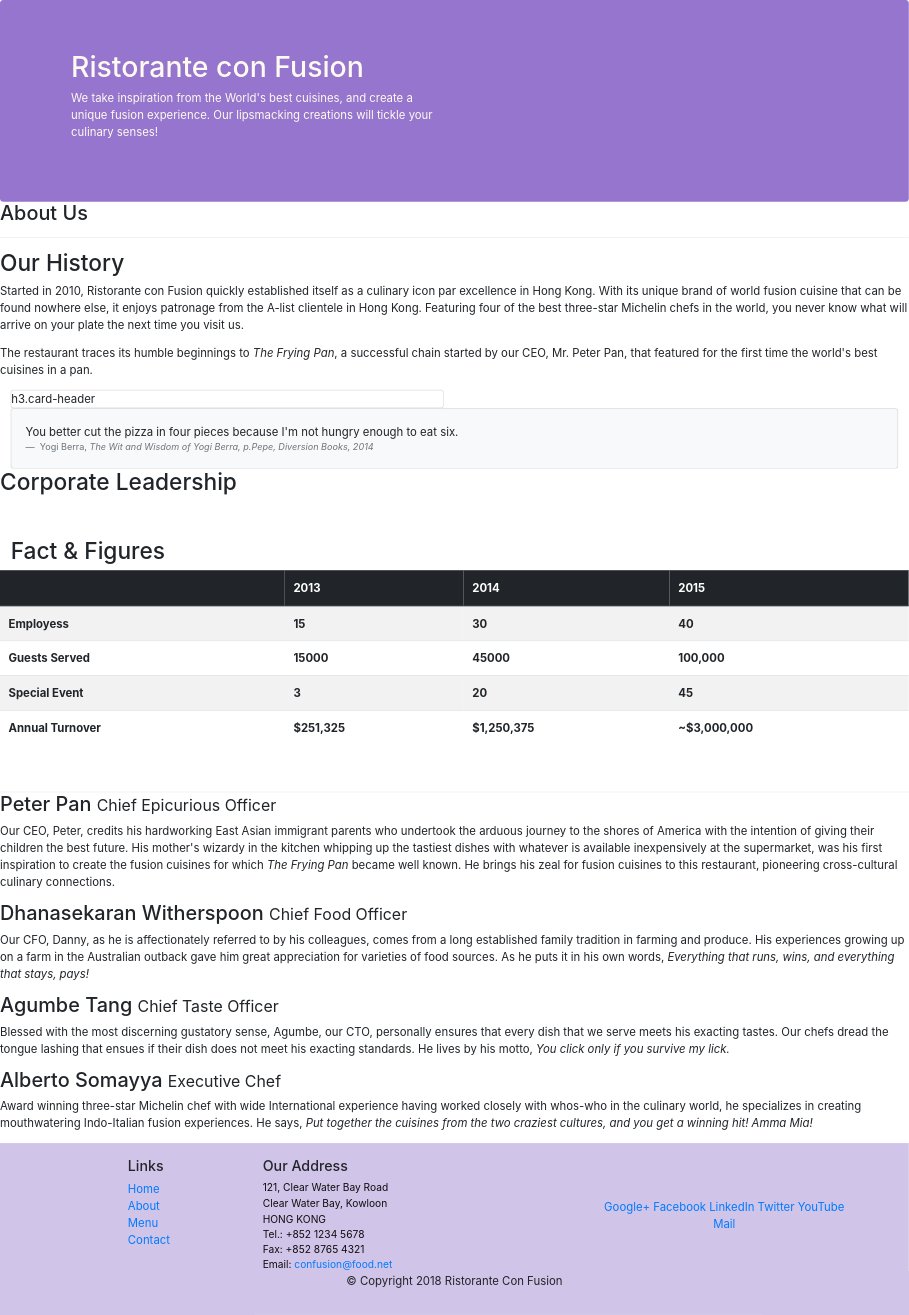
Repository: HwZau/conFusion
Page: aboutus.html
These files come from the project's save history. The page is drawn as it stood at one moment and after the next save; the edit follows.
The browser window is 1280 px wide. The pictures show the whole page, at 71% of full size.

Above is the page before, as saved 2022-05-19 11:05:05.

After the next save:
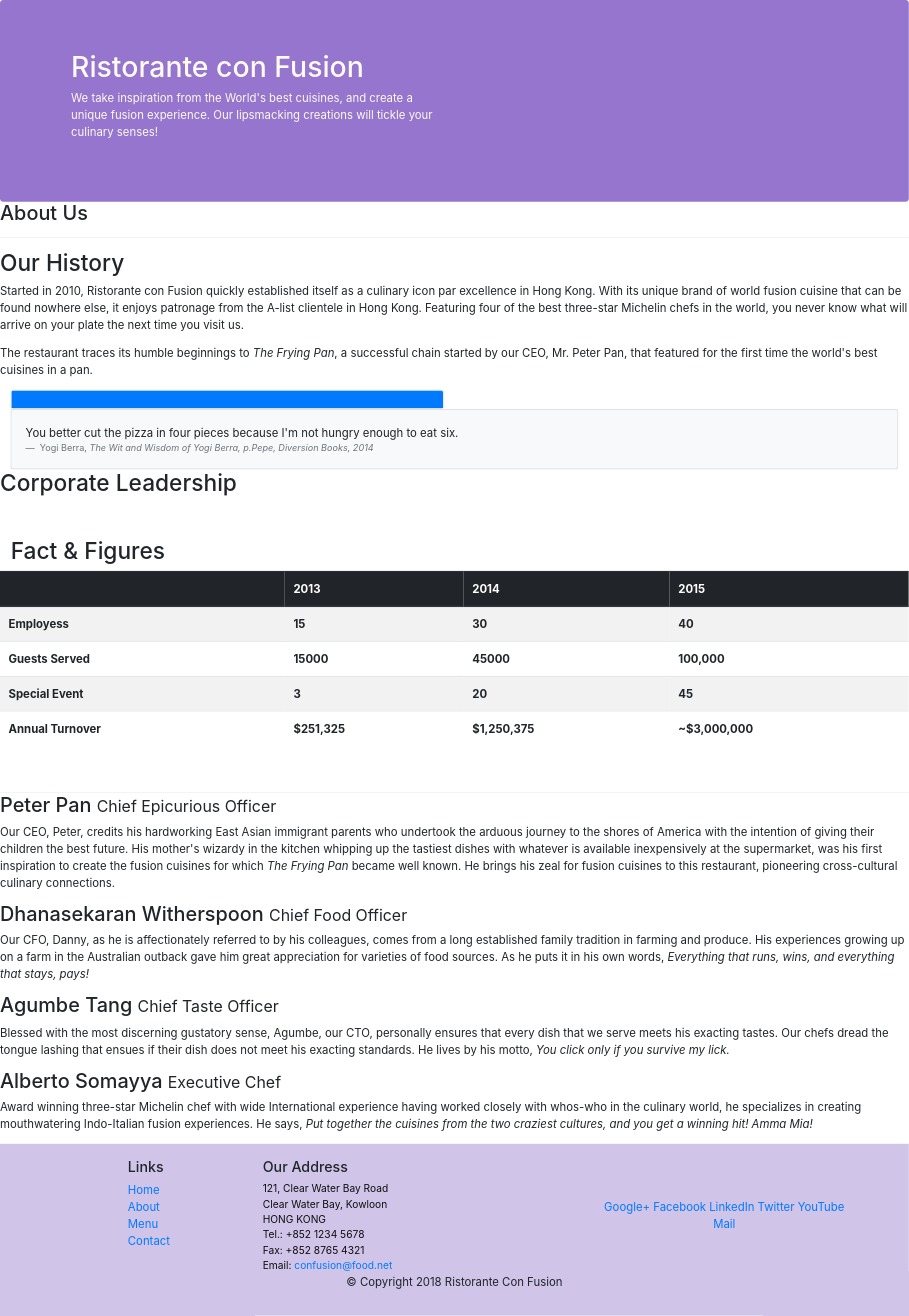
Saved 9 s later.
--- a/aboutus.html
+++ b/aboutus.html
@@ -60,7 +60,7 @@
       </div>
       <div class="col-12 col-sm-6">
         <div class="card">
-          h3.card-header
+          <h3 class="card-header bg-primary text-white"></h3>
         </div>
       </div>
       <div class="col-12">
